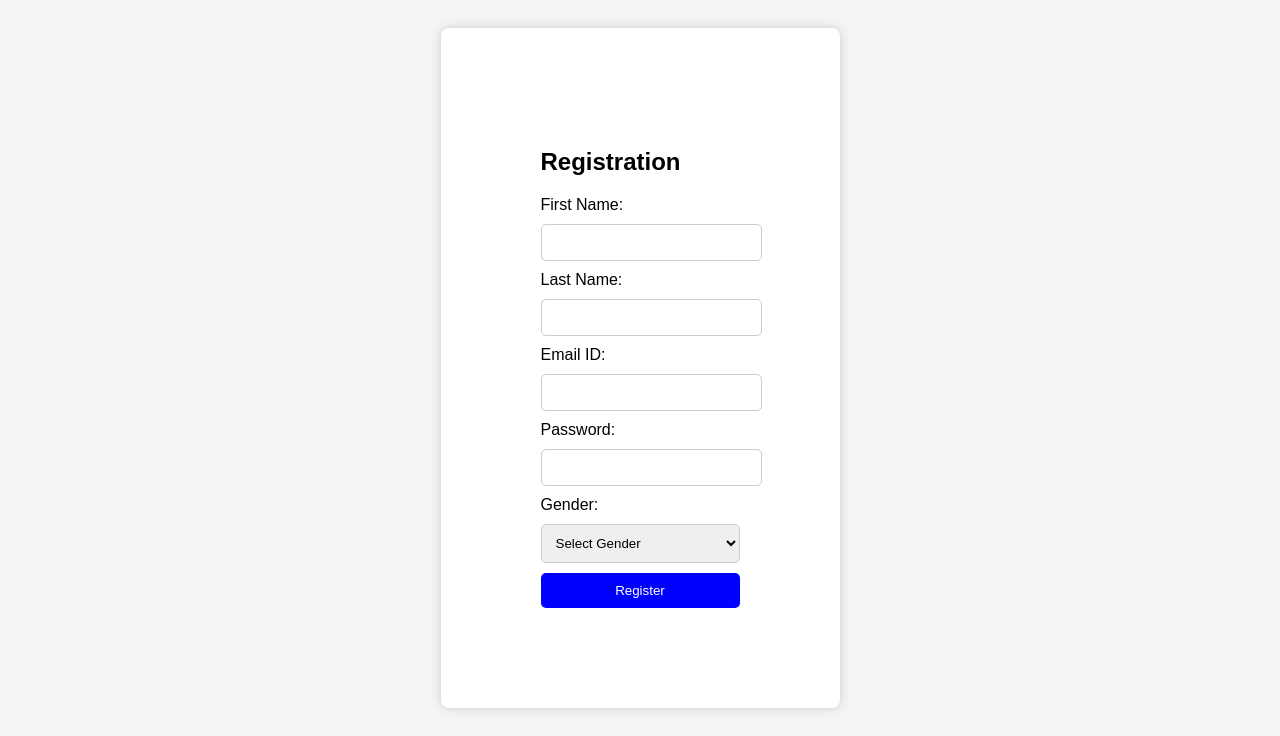
Repository: rahulmadasuongole/Demo
Page: firstwedapp/build/classes/webapp/email.html
These files come from the project's save history. The page is drawn as it stood at one moment and after the next save; the edit follows.
The browser window is 1280 px wide. The pictures show the whole page.

Above is the page before, as saved 2025-03-05 13:02:48.
Console error: TypeError: Cannot read properties of null (reading 'addEventListener')

### firstwedapp/build/classes/webapp/email.html


<!DOCTYPE html>
<html lang="en">
<head>
    <meta charset="UTF-8">
    <meta name="viewport" content="width=device-width, initial-scale=1.0">
    <title>Registration Form</title>
    <style>
        body {
            font-family: Arial, sans-serif;
            display: flex;
            justify-content: center;
            align-items: center;
            height: 100vh;
            background-color: #f4f4f4;
        }
        .form-container {
            background: white;
            padding: 100px;
            border-radius: 8px;
            box-shadow: 0px 0px 10px 0px #ccc;
        }
        input, select {
            display: block;
            width: 100%;
            padding: 10px;
            margin: 10px 0;
            border: 1px solid #ccc;
            border-radius: 5px;
        }
        button {
            width: 100%;
            padding: 10px;
            background: blue;
            color: white;
            border: none;
            border-radius: 5px;
            cursor: pointer;
        }
        button:hover {
            background: darkblue;
        }
    </style>
</head>
<body>
    <div class="form-container">
        <h2>Registration</h2>
        <form action="email" method="get">
            <label>First Name:</label>
            <input type="text"  name="firstname" required>

            <label>Last Name:</label>
            <input type="text" name="lastname" required>

            <label>Email ID:</label>
            <input type="email"  name="email" required>

            <label>Password:</label>
            <input type="password" name="password" required>

            <label>Gender:</label>
            <select id="gender" name="gender" required>
                <option value="">Select Gender</option>
                <option value="male">Male</option>
                <option value="female">Female</option>
                <option value="other">Other</option>
            </select>

            <button type="submit">Register</button>
        </form>
    </div>

    <script>
        document.getElementById("registrationForm").addEventListener("submit", function(event) {
            event.preventDefault();

            const firstname = document.getElementById("firstname").value;
            const lastname = document.getElementById("lastname").value;
            const email = document.getElementById("email").value;
            const password = document.getElementById("password").value;
            const gender = document.getElementById("gender").value;

            if (!firstname || !lastname || !email || !password || !gender) {
                alert("Please fill out all fields.");
                return;
            }

            alert("Registration successful!");
            document.getElementById("registrationForm").reset();
        });
    </script>
</body>
</html>

After the next save:
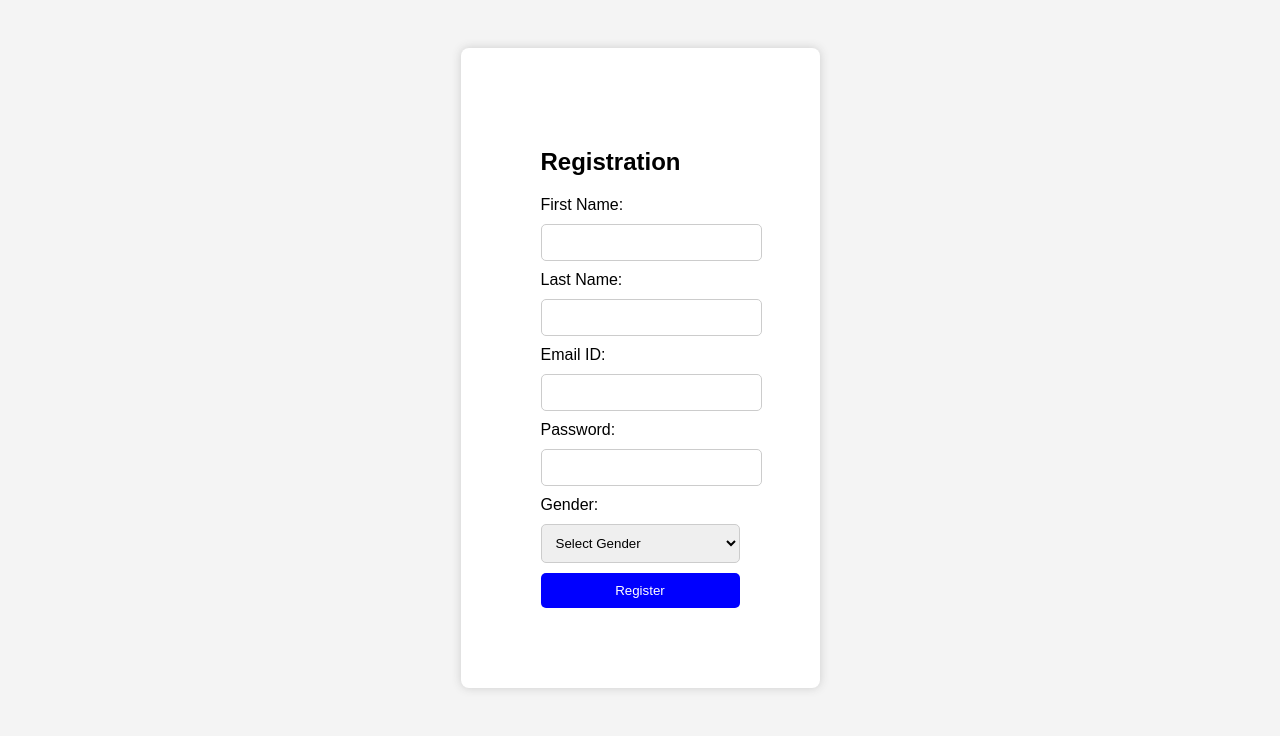
Saved 47 s later.
--- a/firstwedapp/build/classes/webapp/email.html
+++ b/firstwedapp/build/classes/webapp/email.html
@@ -17,7 +17,7 @@
         }
         .form-container {
             background: white;
-            padding: 100px;
+            padding: 80px;
             border-radius: 8px;
             box-shadow: 0px 0px 10px 0px #ccc;
         }
